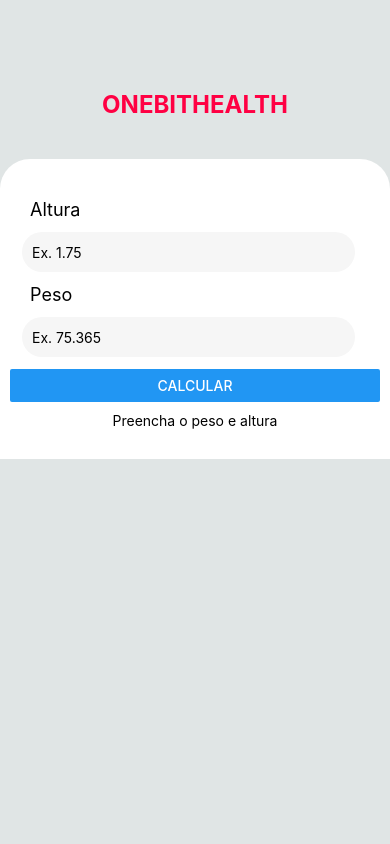
Repository: GustavoMSevero/onebithealth
Screen: /
These files come from the project's save history. The screen is drawn as it stood at one moment and after the next save; the edit follows.
The app was drawn by React Native's web renderer in a window 390 px wide. The project was rebuilt for these pictures with package versions that can differ from the ones it lists, and the page was loaded fresh each time.

Above is the screen before, as saved 2024-09-06 16:32:38.

### App.js
import { StyleSheet, View } from 'react-native';
import Title from './src/components/Title';
import Main from './src/components/Main';

export default function App() {
  return (
    <View style={styles.container}>
      <Title />
      <Main />
    </View>
  );
}

const styles = StyleSheet.create({
  container: {
    flex: 1,
    backgroundColor: '#e0e5e5',
    paddingTop: 80,
  },
});

### src/components/Title/index.js
import React from "react";
import { View, Text } from "react-native";
import styles from "./style";

export default function Title() {
    return(
        <View style={styles.boxTitle}>
            <Text style={styles.textTitle}>ONEBITHEALTH</Text>
        </View>
    );
}

### src/components/Main/index.js
import React from "react";
import { View } from "react-native";
import Form from "../Form";

export default function Main() {
    return(
        <View>
            <Form />
        </View>
    );
}

### src/components/Title/style.js
import { StyleSheet } from 'react-native';

const style = StyleSheet.create({
    boxTitle: {
        alignItems: "center",
        justifyContent: "center",
        padding: 10,
    },
    textTitle: {
        color: "#FF0043",
        fontSize: 24,
        fontWeight: "bold",
    }
});

export default style;

### src/components/Form/index.js
import React, { useState } from "react";
import { TextInput, View, Text, Button } from "react-native";
import ResultImc from "./ResultImc";
import styles from "./style";

export default function Form() {

    const [height, setHeight] = useState(null)
    const [weight, setWeigth] = useState(null)
    const [messageImc, setMessageImc] = useState("Preencha o peso e altura")
    const [imc, setImc] = useState(null)
    const [textButton, setTextButton] = useState("Calcular")

    function imcCalculator() {
        // return setImc((weight/(height*height)).toFixed(2));
        return setImc(((height*height)/weight));
    }

    function validationImc() {
        if(weight != null && height != null) {
            imcCalculator()
            setHeight(null)
            setWeigth(null)
            setMessageImc("Se imc é igual: ")
            setTextButton("Calcular novamente")
            return
        }
        setImc(null)
        setTextButton("Calcular")
        setMessageImc("Preencha o peso e altura")
    }

    return(
        <View style={styles.formContext}>
            <View style={styles.form}>
                <Text style={styles.formLabel}>Altura</Text>
                <TextInput
                    style={styles.input}
                    onChange={setHeight}
                    value={height}
                    placeholder="Ex. 1.75"
                    keyboardType="numeric"
                />
                <Text style={styles.formLabel}>Peso</Text>
                <TextInput
                    style={styles.input}
                    onChange={setWeigth}
                    value={weight}
                    placeholder="Ex. 75.365"
                    keyboardType="numeric"
                />
                <Button
                    onPress={() => validationImc()}
                    title={textButton}
                />
            </View>
            <ResultImc messageResultImc={messageImc} resultImc={imc} />
        </View>
    );
}

### src/components/Form/ResultImc/index.js
import React from "react";
import { View, Text } from "react-native";

export default function ResultImc(props) {
    return(
        <View>
            <Text>{props.messageResultImc}</Text>
            <Text>{props.resultImc}</Text>
        </View>
    );
}

### src/components/Form/style.js
import { StyleSheet } from "react-native";

const style = StyleSheet.create({
    formContext: {
        width: "100%",
        height: "100%",
        bottom: 0,
        backgroundColor: "#FFFFFF",
        alignItems: "center",
        borderTopLeftRadius: 30,
        borderTopRightRadius: 30,
        marginTop: 30,
    },
    form: {
        width: "100%",
        height: "auto",
        marginTop: 30,
        padding: 10,
    },
    formLabel: {
        color: "#000000",
        fontSize: 18,
        paddingLeft: 20,
    },
    input: {
        width: "90%",
        borderRadius: 50,
        backgroundColor: "#f6f6f6",
        height: 40,
        margin: 12,
        paddingLeft: 10,
    }
});

export default style;

After the next save:
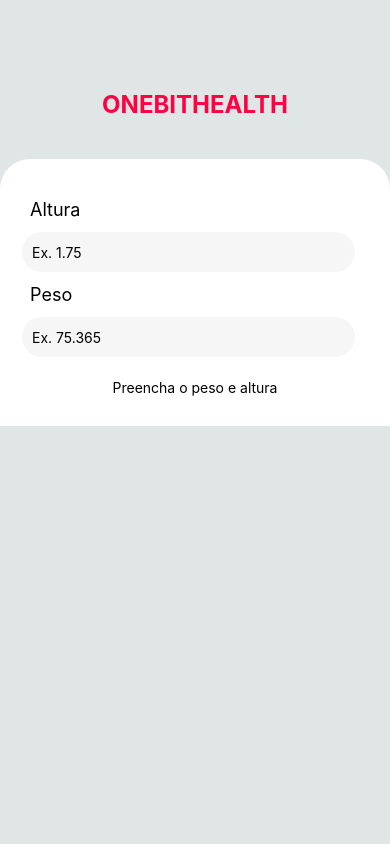
Saved 2 min 52 s later.
--- a/src/components/Form/index.js
+++ b/src/components/Form/index.js
@@ -1,5 +1,5 @@
 import React, { useState } from "react";
-import { TextInput, View, Text, Button } from "react-native";
+import { TextInput, View, Text, TouchableOpacity } from "react-native";
 import ResultImc from "./ResultImc";
 import styles from "./style";
 
@@ -49,9 +49,10 @@
                     placeholder="Ex. 75.365"
                     keyboardType="numeric"
                 />
-                <Button
-                    onPress={() => validationImc()}
-                    title={textButton}
+                <TouchableOpacity
+                    onPress={() => {
+                        validationImc()
+                    }}
                 />
             </View>
             <ResultImc messageResultImc={messageImc} resultImc={imc} />
